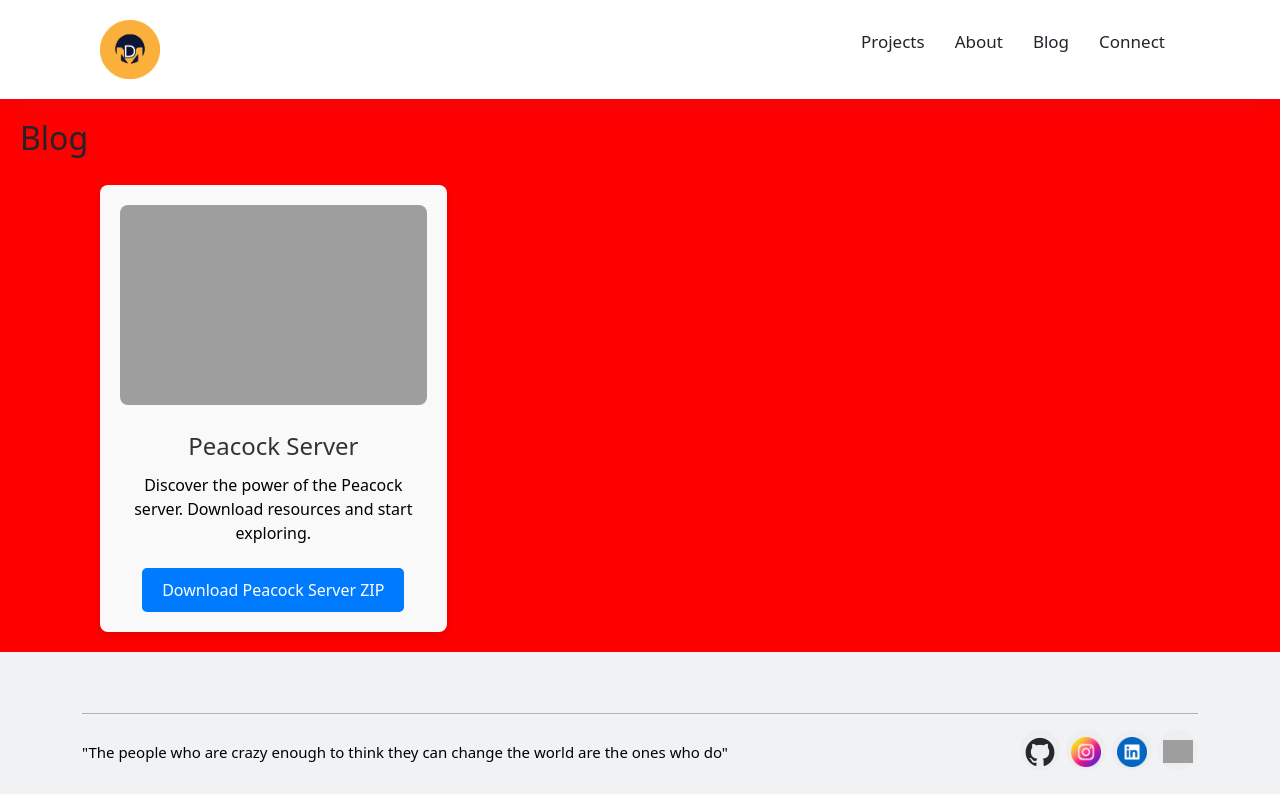
Repository: kaizoku010/firebrand
Page: /blog
The author's editor kept a copy of each file at every save. The page is drawn from the files as they stood at one save, then again after a run of saves.
The browser window is 1280 px wide. The pictures show the whole page.
Pictures or frames that could not be fetched are drawn as grey boxes. The project was rebuilt for these pictures with package versions that can differ from the ones it lists, and the page was loaded fresh each time. Also part of the build but not shown: vite.config.js, src/update/homescreen.js, src/update/about.css, src/components/chips.css, src/components/chips.js, src/update/about.js, src/dataPoint/AllProjects.js, src/update/appsPage.js and 2 more.

Above is the page before, as saved 2024-11-11 11:53:13.

### public/index.html
<!DOCTYPE html>
<html lang="en">
  <head>
    <meta charset="utf-8" />
    <link rel="icon" href="%PUBLIC_URL%/logo.ico" />
    <meta name="viewport" content="width=device-width, initial-scale=1" />
    <meta name="theme-color" content="#000000" />
    <meta
      name="description"
      content="Welcome to Firebrand, Home of Dixon Muneza"
    />
    <link rel="apple-touch-icon" href="%PUBLIC_URL%/logo.png" />
    <!--
      manifest.json provides metadata used when your web app is installed on a
      user's mobile device or desktop. See https://developers.google.com/web/fundamentals/web-app-manifest/
    -->
    <link rel="manifest" href="%PUBLIC_URL%/manifest.json" />
    <!--
      Notice the use of %PUBLIC_URL% in the tags above.
      It will be replaced with the URL of the `public` folder during the build.
      Only files inside the `public` folder can be referenced from the HTML.

      Unlike "/favicon.ico" or "favicon.ico", "%PUBLIC_URL%/favicon.ico" will
      work correctly both with client-side routing and a non-root public URL.
      Learn how to configure a non-root public URL by running `npm run build`.
    -->
    <title>Dixon Muneza</title>
    <!-- Global site tag (gtag.js) - Google Analytics -->
<script async src="https://www.googletagmanager.com/gtag/js?id=G-C8GX9VTJ6W"></script>
<script>
  window.dataLayer = window.dataLayer || [];
  function gtag(){dataLayer.push(arguments);}
  gtag('js', new Date());

  gtag('config', 'G-C8GX9VTJ6W');
</script>
  </head>
  <body>
    <noscript>You need to enable JavaScript to run this app.</noscript>
    <div id="root"></div>
    <!--
      This HTML file is a template.
      If you open it directly in the browser, you will see an empty page.

      You can add webfonts, meta tags, or analytics to this file.
      The build step will place the bundled scripts into the <body> tag.

      To begin the development, run `npm start` or `yarn start`.
      To create a production bundle, use `npm run build` or `yarn build`.
    -->
  </body>
</html>

### src/App.js
import React from 'react'
import 'bootstrap/dist/css/bootstrap.css'
import './App.css'
import { BrowserRouter as Router, Routes, Route } from 'react-router-dom'
import Header from './update/header.js'
import HomeScreen from '././update/homescreen.js'
import AboutDixon from '././update/about.js'
import AppPage from './update/appsPage.js'
import Blog from './update/blog.js'
import Footer from '././update/footer.js'
import Connect from './update/connect'


function App () {
  return (
    <Router>
      <div className=''>
      <Header/>
      <Routes>

       <Route path='/' element={<HomeScreen />} />
          <Route path="/apps" element={<AppPage />} />
          <Route path="/about" element={<AboutDixon />} />
          <Route path="/blog" element={<Blog />} />
          <Route path="/connect" element={<Connect />} />

     </Routes>
        <Footer/>
      </div>

    </Router>
  )
}

export default App

### src/App.css
body {
  -webkit-font-smoothing: antialiased;
  background-color: #f3f6f8;
  margin-top: 0px;
  font-family:  ui-sans-serif,system-ui,-apple-system,BlinkMacSystemFont,Segoe UI,Roboto,Helvetica Neue,Arial,Noto Sans,sans-serif,apple color emoji,segoe ui emoji,Segoe UI Symbol,noto color emoji;
;
}

.content{
display: none !important;
}

a {
  text-decoration: none;
  color: #5747ff !important;
}

@media only screen and (max-width: 900px) {
  .holder__ {
    text-align: center;
    padding: 20px;
  }
}

.thumb-lg {
  height: 88px;
  width: 88px;
}
.profile-user-box {
  position: relative;
  border-radius: 5px;
}
.bg-custom {
  /*background-color: #02c0ce !important;  */
  background-color: #02191b !important;
  /* 02191b */
}
.profile-user-box {
  position: relative;
  border-radius: 5px;
}

.card-box {
  padding: 20px;
  position: sticky;
  border-radius: 3px;
  margin-bottom: 30px;
  z-index: 1;
  top: 0;
  background-color: #fff;
}
.inbox-widget .inbox-item img {
  width: 40px;
}

.inbox-widget .inbox-item {
  border-bottom: 1px solid #f3f6f8;
  overflow: hidden;
  padding: 10px 0;
  position: relative;
}

.inbox-widget .inbox-item .inbox-item-img {
  display: block;
  float: left;
  margin-right: 15px;
  width: 40px;
}

.inbox-widget .inbox-item img {
  width: 40px;
}

.inbox-widget .inbox-item .inbox-item-author {
  color: #313a46;
  display: block;
  margin: 0;
}

.inbox-widget .inbox-item .inbox-item-text {
  color: #98a6ad;
  display: block;
  font-size: 14px;
  margin: 0;
}

.inbox-widget .inbox-item .inbox-item-date {
  color: #98a6ad;
  font-size: 11px;
  position: absolute;
  right: 7px;
  top: 12px;
}

.comment-list .comment-box-item {
  position: relative;
}

.comment-list .comment-box-item .commnet-item-date {
  color: #98a6ad;
  font-size: 11px;
  position: absolute;
  right: 7px;
  top: 2px;
}

.comment-list .comment-box-item .commnet-item-msg {
  color: #313a46;
  display: block;
  margin: 10px 0;
  font-weight: 400;
  font-size: 15px;
  line-height: 24px;
}

.comment-list .comment-box-item .commnet-item-user {
  color: #98a6ad;
  display: block;
  font-size: 14px;
  margin: 0;
}

.comment-list a + a {
  margin-top: 15px;
  display: block;
}

.ribbon-box .ribbon-primary {
  background: #2d7bf4;
}

.ribbon-box .ribbon {
  position: relative;
  float: left;
  clear: both;
  padding: 5px 12px 5px 12px;
  margin-left: -30px;
  margin-bottom: 15px;
  font-family: Rubik, sans-serif;
  -webkit-box-shadow: 2px 5px 10px rgba(49, 58, 70, 0.15);
  -o-box-shadow: 2px 5px 10px rgba(49, 58, 70, 0.15);
  box-shadow: 2px 5px 10px rgba(49, 58, 70, 0.15);
  color: #fff;
  font-size: 13px;
}
.text-custom {
  color: #949797 !important;
}

.badge-custom {
  background: #02c0ce;
  color: #fff;
}
.badge {
  font-family: Rubik, sans-serif;
  -webkit-box-shadow: 0 0 24px 0 rgba(0, 0, 0, 0.06),
    0 1px 0 0 rgba(0, 0, 0, 0.02);
  box-shadow: 0 0 24px 0 rgba(0, 0, 0, 0.06), 0 1px 0 0 rgba(0, 0, 0, 0.02);
  padding: 0.35em 0.5em;
  font-weight: 500;
}
.text-muted {
  color: #98a6ad !important;
}
project_list
.font-13 {
  font-size: 13px !important;
}

.fire-text {
  text-align: justify;
}

@media screen and (max-width: 800px) {
  .card-box {
    padding: 20px !important;
    position: sticky;
    border-radius: 3px;
    margin-bottom: 30px;
    z-index: 1;
    top: 0;
    background-color: #fff;
  }
}


.main-color{
  color: #fbb03b;
}

### src/update/header.js
import React from 'react'
import "./header.css"
import Logo from "../img/logo.png"
import Email from "../img/email.png"
import { Link } from "react-router-dom";

function header() {
  return (
      <header class="header">
    <nav>
    <div class="logo">
          <a class="name_logo" href="index.html">Muneza.<span>Dixon</span></a>
        <Link to="/">  <img class="fireband-logo" src={ Logo} /></Link>
    </div>
    <input type="checkbox" id="menu-toggle"/>
    <label for="menu-toggle" class="menu-icon">&#9776;</label>
    <ul class="menu">
      <li><Link to={"apps"}>Projects</Link></li>
      <li><Link to={"about"} href="#">About</Link></li>
      <li><Link to={"blog"}>Blog</Link></li>
      <li><a href={"connect"}>Connect</a></li>
    </ul>
  </nav>
</header>
  )
}
// #9f0009 reds
export default header

### src/update/blog.js
import React from 'react';
import '../update/blog.css';
import PP from "../img/pp.png";

function Blog() {
  // Mock data for blog items
  const blogs = [
    { id: 1, title: 'Peacock Server', description: 'Discover the power of the Peacock server. Download resources and start exploring.' },
  ];

  // Download handler for the main blog item
  const handleDownload = () => {
    const fileUrl = '/resources/peacock-server.zip'; // Adjust the path as needed
    window.location.href = fileUrl;
  };

  return (


    <div className='blog-page'>
          <h2 className='blog-title'>Blog</h2>

         <div className="blog-grid">
      {blogs.map((blog) => (
        <div key={blog.id} className="blog-item">

          {blog.id === 1 && <img src={PP} alt="Peacock Server" className="blog-item-image" />}
          <h2 className="blog-item-title">{blog.title}</h2>
          <p className="blog-item-description">{blog.description}</p>
          {blog.id === 1 && (
            <button className="download-button" onClick={handleDownload}>
              Download Peacock Server ZIP
            </button>
          )}
        </div>
      ))}
    </div>
    </div>
  );
}

export default Blog;

### src/update/footer.js
import React from 'react'
import "./footer.css"
// import { FontAwesomeIcon } from '@fortawesome/react-fontawesome'
import CodeIc from "../img/github-mark.png"
import IG from "../img/instagram.png"
import DeviantArt from "../img/deviantart.png"
import LinkedIn from "../img/linked.png"
// import { faInstagram } from '@fortawesome/free-brands-svg-icons'

function footer() {
  return (
    <footer class="site-footer">
      <div class="container">
        <hr/>
      </div>
      <div class="container">
        <div class="row">
          <div class="col-md-8 col-sm-6 col-xs-12">
            <p class="copyright-text">"The people who are crazy enough to think they can change the world are the ones who do"
            </p>
          </div>

          <div class="col-md-4 col-sm-6 col-xs-12">
            <ul class="social-icons">
            <li><a   target='_blank' class="facebook" href="https://github.com/kaizoku010"><img  class="facebook"   src={CodeIc} /></a></li>
              <li><a target='_blank' class="facebook" href="https://www.instagram.com/ug.firebrand/"><img class="facebook" src={IG} /></a></li>
              <li><a   target='_blank' class="facebook" href="https://www.linkedin.com/in/dixon-muneza-a0a1b510a"><img  class="facebook"  src={LinkedIn} /></a></li>
              <li><a   target='_blank' class="facebook" href="https://www.deviantart.com/imfaceless"><img  class="facebook"  src={DeviantArt} /></a></li>
              </ul>
          </div>
        </div>
      </div>
</footer>
  )
}

export default footer

### src/update/header.css
header_div {
    padding: 0;
    margin: 0;
    box-sizing: border-box;
    font-family: sans-serif;
    text-decoration: none;
    list-style: none;
  }


  .name_logo{
    display:none;
  }

  .header {
    position: sticky;
    top: 0;
    grid-area: header;
    width: 100%;
    box-shadow: 0 4px 20px hsla(207, 24%, 35%, 0.1);
    background-color: white;
    z-index: 2;
  }

  .email-ic{
    width:38px;
  }

  nav {
    display: flex;
    justify-content: space-between;
    align-items: center;
    padding: 20px 100px;
  }

  .logo a {
    font-size: 24px;
    font-weight: bold;
    color: #fff;
  }

  .logo a span {
    color: #8739fa;
  }


  .menu {
    display: flex;
    list-style:none;
    justify-content: center;
    align-items: center;
  }

  .menu a {
    display: block;
    padding: 7px 15px;
    font-size: 17px;
    font-weight: 500;
    transition: 0.2s all ease-in-out;
    color: #fff;
  }

  .menu:hover a {
    opacity: 0.4;
  }

  .menu a:hover {
    opacity: 1;
    color: #fff;
  }

  .menu-icon {
    display: none;
  }

  #menu-toggle {
    display: none;
  }

  #menu-toggle:checked ~ .menu {
    transform: scale(1, 1);
  }

  @media only screen and (max-width: 950px) {
    .menu {
      flex-direction: column;
      background-color: white;
      align-items: start;
      position: absolute;
      top: 82px;
      left: 0;
      width: 100%;
      z-index: 1;
      padding-left: 10px;
      transform: scale(1, 0);
      transform-origin: top;
      transition: transform 0.3s ease-in-out;
      box-shadow: rgba(0, 0, 0, 0.15) 1.95px 1.95px 2.6px;
    }

    nav {
      display: flex;
      justify-content: space-between;
      align-items: center;
      padding: 18px 30px;
  }

    .name_logo{
        display:none;
      }

    .menu a {
      margin-left: 12px;
    }

    .menu li {
      margin-bottom: 10px;
    }

    .menu-icon {
      display: block;
      color: black;
      font-size: 28px;
      cursor: pointer;
    }
    /* my logo */

  .fireband-logo{
    width: 50px !important;

  }
  }



  .fireband-logo{
    width: 60px;
  }


  .header a {
    color:#212529 !important
      }
    .header a:hover {
        color:#fbb03b !important;
    }

### src/update/homescreen.css
.homepage{
    /* margin-top: 50px; */
    display: flex;
    place-content: center;
    height: 100vh;
    align-items: center;
    position: relative;

    min-height: 500px;
}

.main-content{
    text-align: center;
    display: flex;
    flex-direction: column;
}

#userImage{
    border-radius: 50% !important;
    align-self: center;
    margin-bottom: 10px;
    width: 60%;
}

.userName{
    letter-spacing: -.05em;
    font-size: 2.5rem;
    text-align: center;
    background: -webkit-radial-gradient(#030303, #010001);
    -webkit-background-clip: text;
    background-clip: text;
    -webkit-text-fill-color: transparent;
    line-height: 1;
    font-weight: 700;
    white-space: nowrap;
}

.userRole{
    max-width: 48rem;
    font-size: 20px;
    font-weight: 100;
    margin-left: auto;
    letter-spacing: -.025em;
    color: rgb(17 24 39 / var(50%));
    text-align: center;
    margin-right: auto;
}

.site-holder{
    padding-left: 1.5rem;
    flex-wrap: nowrap;
    padding-right: 1.5rem;
    gap: 1.5rem;
    margin-top: 0.5rem;
    margin-bottom: 0.5rem;
    justify-content: center;
    display: flex;
    flex-direction: row;
}

#btn-projects{
    color: rgb(255 255 255 / var(10%));
    padding-top: 0.75rem;
    background-color: #fbb03b;
    padding-bottom: 0.75rem;
    opacity: 1;
    line-height: 1.375;
    color: black;
    font-weight: 500;
    border-radius: 2.5rem;
    border-color: #fbb03b45;
    padding-left: 2rem;
    padding-right: 2rem;
}

#btn-projects:hover{
    background-color: #efa123;

}


.project-ic{
    height:26px;
    padding-right: 5px;

    padding-left: 5px;
    margin-bottom: 5px !important;
}

#btn-code{
background-color:  rgb(17 24 39);
color: rgb(255 255 255 / var(10%));
padding-top: 0.75rem;
padding-bottom: 0.75rem;
opacity: 1;
line-height: 1.375;
color: white;
font-weight: 500;
border-radius: 2.5rem;
border-color: #fbb03b45;
padding-left: 2rem;
padding-right: 2rem;
}

#btn-code:hover{
    background-color: rgb(71, 74, 81);

}

@media only screen and (max-width: 950px) {
    .homepage {
        display: flex;
        place-content: center;
        height: 100%;
        align-items: center;
        position: relative;
    }

    .site-footer {
        position: relative;
        background-color: #f0f2f4e4;
        padding: 0px 0 20px !important;
        font-size: 15px;
        line-height: 24px;
        color: #737373;
    }
}

### src/update/appsPage.css
.appsHolder {
  background-color: #e3ecf6 !important;
  padding-right: 1.5em;
  padding-left: 1.5em;
}

.appsHeading {
  text-align: center;
  font-size: 3.75em;
  line-height: 1;
  margin-bottom: 4rem;
  font-weight: 700;
  letter-spacing: -0.05em !important;
  padding: 50px;
}

.sites-holder {
  place-content: center !important;
}

.apps-span {
  color: #fbb03b;
}

.sites {
  display: flex;
  gap: 50px;
  place-content: center !important;
}

.top-element:hover {
  box-shadow: 0 4px 8px 0 rgba(0, 0, 0, 0.2), 0 4px 20px 0 rgba(0, 0, 0, 0);
  transition: 0.75rem;
}

.top-element {
  cursor: pointer;
  width: -moz-fit-content;
  width: fit-content;
  background-color: white;
  display: flex;
  padding: 30px;
  height: 100%;
  border-radius: 10px;
  align-items: center;
  flex-direction: row;
}

.site-title {
  font-size: 1.875rem;
  line-height: 2.25rem;
  color: black;
  font-weight: 700;
  margin-bottom: 0.125rem;
}

.site-title:hover {
  color: #f2b44d;
}
.site-logo {
  width: 100px;
  align-self: center;
  height: 100px;
  border-radius: 0px;
}
.site-text-holder {
  display: flex;
  padding-left: 20px;
  flex-direction: column;
}
.site-desc {
  font-size: 1.24rem;
  font-weight: 400;
  color:black !important;
  line-height: 1.75rem;
}
.chip{
  background-color: rgb(127 255 127 / 56%) !important;
}
.chip-layout {
  display: flex;
  gap: 12px;
}
.sites-list {
  display: grid;
  grid-template-columns: repeat(2, auto);
  grid-template-rows: auto;
  padding: 1%;
  gap: 20px;
  list-style-type: none;
  margin: .5rem !important;
  height: -webkit-max-content;
  height: max-content;
}
/* mobile view */
@media only screen and (max-width: 950px) {
  .sites-list {
    display: grid;
    grid-template-columns: repeat(1, auto);
    grid-template-rows: auto;
    padding: 1%;
    gap: 10px;
    list-style-type: none;
    margin: 1rem;
    height: -webkit-max-content;
    height: max-content;
  }
  .site-title:hover {
    color: #f2b44d;
  }
  .site-desc {
    font-size: 1.1rem !important;
    font-weight: 400;
    color: black !important;
    line-height: 1.5rem;
    margin-bottom: 8%;


}

.chip {
  padding: 5px 10px;
  border-radius: 50px;
  margin-bottom: 4% !important;
  display: inline-block;
  color: white;
}

  .appsHolder {
    background-color: #e3ecf6 !important;
    padding-right: 0.5em;
    padding-left: 0.5em;
  }

  .site-logo {
    /* width: 100%; */
    align-self: center;
    margin-left: 20px !important;
    height: 20%;
    border-radius: 0px;
  }

  .appsHeading {
    text-align: center !important;
    font-size: 3em !important;
    line-height: 1;
    padding: 10% !important;
    margin-bottom: 0rem !important;
    font-weight: 700;
    letter-spacing: -0.05em !important;
    padding: 8px;
}

  .top-element {
    cursor: pointer;
    width: -moz-fit-content;
    width: fit-content;
    height: fit-content;
    display: block !important;
    background-color: white;
    padding: 5px;
    border-radius: 10px;
    flex-direction: row;
  }
}

.link-list {
  color: black;
  text-decoration: none !important;
}

a{
  color: black;
  text-decoration: none !important;
}

p{
  color: black !important;
}

### src/update/blog.css
.blog-holder{
height:100vh;

}

.blog-page{
    display: flex;
    align-items: left;
    flex-direction: column;
    background-color: red;

}

.blog-title{
    padding-left: 20px;
    padding-top: 20px;
}

.blog-grid {
    display: grid;
    grid-template-columns: repeat(3, 1fr);
    gap: 20px;
    padding: 20px 100px;
  }

  .blog-item {
    background-color: #f9f9f9;
    padding: 20px;
    border-radius: 8px;
    box-shadow: 0 4px 8px rgba(0, 0, 0, 0.1);
    text-align: center;
  }

  .blog-item-title {
    font-size: 1.5em;
    margin: 0.5em 0;
    color: #333;
  }

  .blog-item-description {
    font-size: 1em;
    color: #666;
    margin: 0.5em 0;
  }

  .download-button {
    margin-top: 15px;
    padding: 10px 20px;
    font-size: 1em;
    color: white;
    background-color: #007bff;
    border: none;
    border-radius: 5px;
    cursor: pointer;
  }

  .download-button:hover {
    background-color: #0056b3;
  }

  @media (max-width: 768px) {
    .blog-grid {
      grid-template-columns: repeat(2, 1fr);
    }
  }

  @media (max-width: 480px) {
    .blog-grid {
      grid-template-columns: 1fr;
    }
  }


.blog-container{
text-align: center;
border: 0px solid;
position: absolute;
top: 50%;
left: 50%;
transform: translate(-50%, -50%);
padding: 10px;
width: -moz-fit-content;
width: fit-content;
/* margin: 100px 300px 100px 300px; */
}

.coming-soon-title{
font-weight: 900;
text-align: left !important;
font-size: 5em;
}

.soon-span{
    color: #fbb03b;
}

.coming-soon-text{
    text-align: left !important;
}

.blog-image-holder{
width: -moz-fit-content;
width: fit-content;
}

.blog-item-image {
    width: 100%;
    height: auto;
    max-height: 200px;
    margin-bottom: 15px;
    border-radius: 8px;
    object-fit: cover;
  }


.blog-image{

    height:300px;
}

/* mobile view */
@media only screen and (max-width: 950px) {
    .blog-container {
        text-align: center;
        border: 0px solid;
        position: absolute;
        top: 63%;
        left: 50%;
        transform: translate(-50%, -50%);

        width: -moz-fit-content;
        width: fit-content;

    }


.coming-soon-title{
    line-height:0.8;
    font-weight: 900;
    text-align: left !important;
    font-size: 5em;
    }
    }

### src/update/footer.css
.site-footer
{
  position: relative;
  background-color:#f0f2f4e4;
  padding:45px 0 20px;
  font-size:15px;
  line-height:24px;
  color:#737373;
}

.row{
  align-items: center !important;
}

.facebook{
    width: 30px;
}
.site-footer hr
{
  border-top-color:#bbb;
  opacity:0.5
}
.site-footer hr.small
{
  margin:20px 0
}
.site-footer h6
{
  color:#fff;
  font-size:16px;
  text-transform:uppercase;
  margin-top:5px;
  letter-spacing:2px
}
.site-footer a
{
  color:#737373;
}
.site-footer a:hover
{
  color:#3366cc;
  text-decoration:none;
}
.footer-links
{
  padding-left:0;
  list-style:none
}
.footer-links li
{
  display:block
}
.footer-links a
{
  color:#737373
}
.footer-links a:active,.footer-links a:focus,.footer-links a:hover
{
  color:#3366cc;
  text-decoration:none;
}
.footer-links.inline li
{
  display:inline-block
}
.site-footer .social-icons
{
  text-align:right
}
.site-footer .social-icons a
{
  width:40px;
  height:40px;
  line-height:40px;
  margin-left:6px;
  margin-right:0;
  border-radius:100%;
}
.copyright-text
{
  margin:0
}
@media (max-width:991px)
{
  .site-footer [class^=col-]
  {
    margin-bottom:30px
  }
}
@media (max-width:767px)
{

  .copyright-text{
    margin:10px;
  }
  .site-footer
  {
    padding-bottom:0
  }
  .site-footer .copyright-text,.site-footer .social-icons
  {
    text-align:center
  }
}
.social-icons
{
  padding-left:0;
  margin-bottom:0;
  list-style:none
}
.social-icons li
{
  display:inline-block;
  margin-bottom:4px
}
.social-icons li.title
{
  margin-right:15px;
  text-transform:uppercase;
  color:#96a2b2;
  font-weight:700;
  font-size:13px
}
.social-icons a{
  background-color:#eceeef;
  color:#818a91;
  font-size:16px;
  display:inline-block;
  line-height:44px;
  width:44px;
  height:44px;
  text-align:center;
  margin-right:8px;
  border-radius:100%;
  -webkit-transition:all .2s linear;
  -o-transition:all .2s linear;
  transition:all .2s linear
}
.social-icons a:active,.social-icons a:focus,.social-icons a:hover
{
  color:#fff;
  background-color:#ebebeb
}
.social-icons.size-sm a
{
  line-height:34px;
  height:34px;
  width:34px;
  font-size:14px
}
.social-icons a.facebook:hover
{
  background-color:#e7e9e9
}
.social-icons a.twitter:hover
{
  background-color:#00aced
}
.social-icons a.linkedin:hover
{
  background-color:#007bb6
}
.social-icons a.dribbble:hover
{
  background-color:#ea4c89
}
@media (max-width:767px)
{
  .social-icons li.title
  {
    display:block;
    margin-right:0;
    font-weight:600
  }
}

Loaded but not shown: src/index.js (common file); src/index.css (common file); src/reportWebVitals.js (common file)

After the next 3 saves:
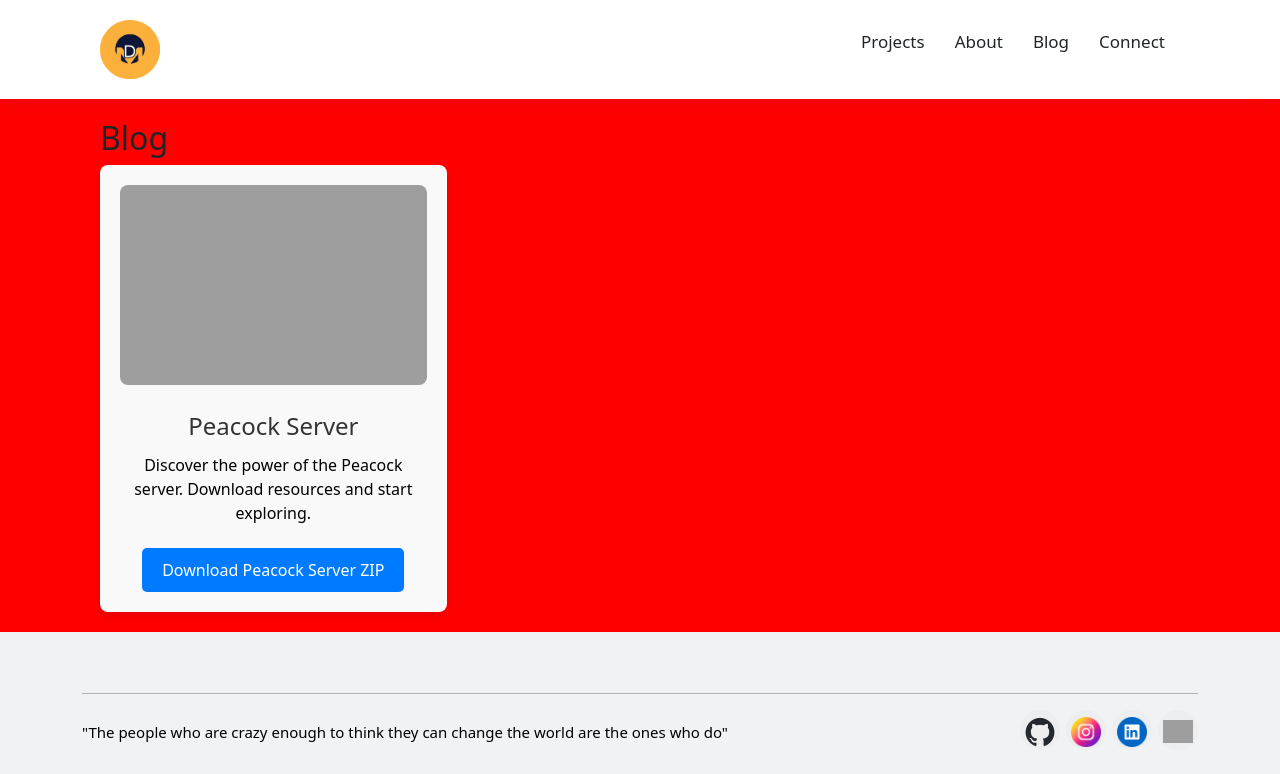
The 3 saves are shown as one change because they came seconds apart.
The last was saved 34 s later.
--- a/src/update/blog.css
+++ b/src/update/blog.css
@@ -8,19 +8,18 @@ height:100vh;
     align-items: left;
     flex-direction: column;
     background-color: red;
+    padding: 20px 100px;
 
 }
 
 .blog-title{
-    padding-left: 20px;
-    padding-top: 20px;
+
 }
 
 .blog-grid {
     display: grid;
     grid-template-columns: repeat(3, 1fr);
     gap: 20px;
-    padding: 20px 100px;
   }
 
   .blog-item {
